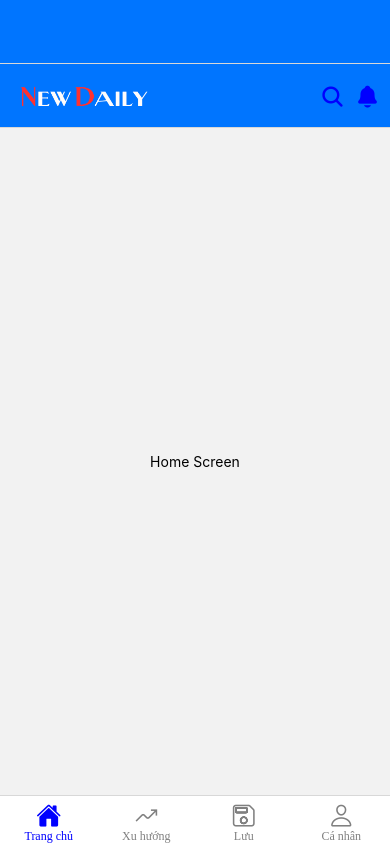
Repository: Quynhhuong150322/New_Daily
Screen: /BottomTab
These files come from the project's save history. The screen is drawn as it stood at one moment and after the next save; the edit follows.
The app was drawn by React Native's web renderer in a window 390 px wide. The project was rebuilt for these pictures with package versions that can differ from the ones it lists, and the page was loaded fresh each time. Also part of the build but not shown: firebase.js, screens/Login.js, screens/Signup.js, screens/Trending.js, screens/Save.js, components/Divider.js, components/Tab.js, screens/Profile.js and 4 more.

Above is the screen before, as saved 2023-12-20 06:22:04.

### App.js
import React from "react";
import {  StyleSheet, View } from "react-native";
import AppNavigator from "./navigation/AppNavigator";


export default function App() {
  return (
    <View style={styles.container}>
      <AppNavigator />
    </View>
  );
}

const styles = StyleSheet.create({
  container: {
    flex: 1,
  },
});

### navigation/AppNavigator.js
import { NavigationContainer } from '@react-navigation/native';
import { createNativeStackNavigator } from "@react-navigation/native-stack"
import Login from "../screens/Login";
import Signup from "../screens/Signup";
import  Welcome from "../screens/Welcome";
import  Home from "../screens/Home";
import  BottomTab from "../screens/ButtomTab";
import Trending from '../screens/Trending'
import Save from '../screens/Save'
import Profile from '../screens/Profile'
import Setting from '../screens/Setting'
import Dark_Mode from '../screens/Dark_Mode'
import Following from '../screens/Following'
import Notification from '../screens/Following'
import Privacy_Policy from '../screens/Following'
import Read_Later from '../screens/Following'
import Read_Recently from '../screens/Dark_Mode'
import Saved from '../screens/Following'
import Terms_Of_Use from '../screens/Following'
import Reading_Mode from '../screens/Reading_Mode'

const Stack = createNativeStackNavigator();


export default function AppNavigator() {
  return (
    <NavigationContainer>
      <Stack.Navigator
        initialRouteName='Welcome'
      >
        <Stack.Screen
          name="Welcome"
          component={Welcome}
          options={{
            headerShown: false
          }}
        />
        <Stack.Screen
          name="Login"
          component={Login}
          options={{
            headerShown: false
          }}
        />
        <Stack.Screen
          name="Signup"
          component={Signup}
          options={{
            headerShown: false
          }}
        />
        <Stack.Screen
          name="BottomTab"
          component={BottomTab}
          options={{ headerShown: false }}
        />
        <Stack.Screen
          name="Home"
          component={Home}
          options={{ headerShown: false }}
        />
        <Stack.Screen
          name="Trending"
          component={Trending}
        />
        <Stack.Screen
          name="Save"
          component={Save}
        />
        <Stack.Screen
          name="Profile"
          component={Profile}
        />
        <Stack.Screen
          name="Setting"
          component={Setting}
        />
        <Stack.Screen
          name="Dark_Mode"
          component={Dark_Mode}
        />
        <Stack.Screen
          name="Following"
          component={Following}
        />
        <Stack.Screen
          name="Notification"
          component={Notification}
        />
        <Stack.Screen
          name="Privacy_Policy"
          component={Privacy_Policy}
        />
        <Stack.Screen
          name="Read_Later"
          component={Read_Later}
        />
        <Stack.Screen
          name="Read_Recently"
          component={Read_Recently}
        />
        <Stack.Screen
          name="Saved"
          component={Saved}
        />
        <Stack.Screen
          name="Terms_Of_Use"
          component={Terms_Of_Use}
        />
        <Stack.Screen
          name="Reading_Mode"
          component={Reading_Mode}
        />

      </Stack.Navigator>
    </NavigationContainer>
  );
}

### screens/Welcome.js
import { View, Text, Pressable, Image } from 'react-native'
import React from 'react'
import { LinearGradient } from "expo-linear-gradient";
import colors from '../constants/colors';
import Button from '../components/Button';

const Welcome = ({ navigation }) => {

    return (
        <LinearGradient
            style={{
                flex: 1
            }}
            colors={[colors.Xanh_nhat, colors.Xanh_nhat]}
        >
            <View style={{ flex: 1 }}>
                <View>
                    <Image
                        source={require("../assets/Loading.png")}
                        style={{
                            height: 500,
                            width: 500,
                            position: "absolute",
                            top: 5,
                            right: -50,
                        }}
                    />

                    {/* <Image
                        source={require("../assets/Logo-4.png")}
                        style={{
                            height: 100,
                            width: 100,
                            borderRadius: 20,
                            position: "absolute",
                            top: -30,
                            left: 100,
                            transform: [
                                { translateX: 50 },
                                { translateY: 50 },
                                { rotate: "-5deg" }
                            ]
                        }}
                    /> */}
                </View>

                {/* content  */}

                <View style={{
                    paddingHorizontal: 22,
                    position: "absolute",
                    top: 400,
                    width: "100%"
                }}>
                    <Text style={{
                        fontSize: 25,
                        fontWeight: 1000,
                        color: colors.Xam1,
                        top: 30,
                        fontFamily: 'OpenSans-Regular',
                    }}>Đọc báo chỉ với một ứng dụng</Text>
                    <Text style={{
                        fontSize: 40,
                        fontWeight: 800,
                        color: colors.Den,
                        fontFamily: 'Helvetica-Bold',
                        top: 40,
                    }}>New Daily</Text>

                    <View style={{ marginVertical: 22 }}>
                        <Text style={{
                            fontSize: 16,
                            color: colors.Xam1,
                            marginVertical: 4,
                            top: 40,
                            fontFamily: 'OpenSans-Regular',
                        }}>Đọc tin tức mới nhất một cách mượt mà và nhanh chóng vào thời gian rảnh</Text>

                    </View>

                    <Button
                        title= {
                            <Text style={{
                                color: colors.Trang, fontSize: 25,
                                fontFamily: 'Helvetica-Bold',
                                }}>Đọc ngay
                            </Text>
                        }
                        onPress={() => navigation.navigate("Signup")}
                        style={{
                            marginTop: 22,
                            width: "100%",
                            backgroundColor: colors.Xanh_dam,
                            top: 30,
                        }}
                    />

                    <View style={{
                        flexDirection: "row",
                        marginTop: 12,
                        justifyContent: "center",
                        top: 50
                    }}>
                        <Text style={{
                            fontSize: 16,
                            color: colors.Den
                        }}>Bạn đã có tài khoản chưa?</Text>
                        <Pressable
                            onPress={() => navigation.navigate("Login")}
                        >
                            <Text style={{
                                fontSize: 16,
                                color: colors.Xanh_dam,
                                fontWeight: "bold",
                                marginLeft: 4
                            }}>Đăng nhập</Text>
                        </Pressable>

                    </View>
                </View>
            </View>
        </LinearGradient>
    )
}

export default Welcome

### screens/Home.js
import React from 'react';
import { createStackNavigator } from '@react-navigation/stack';
import { View, Text, Image, TouchableOpacity } from 'react-native';
import Ionicons from 'react-native-vector-icons/Ionicons';

const HomeStack = createStackNavigator();

function LogoTitle() {
    return (
        <Image
            style={{ width: 128, height: 20, marginLeft:20, marginTop:0}}
            source={require('../assets/Logo.png')}
        />
    );
}

function HomeScreen() {
    return (
        <View style={{ flex: 1, justifyContent: 'center', alignItems: 'center' }}>
            <Text>Home Screen</Text>
        </View>
    );
}

const Home = () => {
    return (
        <HomeStack.Navigator>
            <HomeStack.Screen
                name="HomeScreen"
                component={HomeScreen}
                options={{
                    headerLeft: props => <LogoTitle {...props} />,
                    headerTitle: '',
                    headerRight: () => (
                        <View style={{ flexDirection: 'row', marginRight: 10 }}>
                            <TouchableOpacity onPress={() => {/* handle search press */}}>
                                <Ionicons name="search" size={25} color="blue" />
                            </TouchableOpacity>
                            <TouchableOpacity onPress={() => {/* handle notification press */}} style={{ marginLeft: 10 }}>
                                <Ionicons name="notifications" size={25} color="blue" />
                            </TouchableOpacity>
                        </View>
                    ),
                    headerStyle: {
                        backgroundColor: '#0075FF',
                    },
                }}
            />
        </HomeStack.Navigator>
    );
}

export default Home;

### screens/ButtomTab.js
import * as React from "react";
import { createBottomTabNavigator } from "@react-navigation/bottom-tabs";
import Ionicons from "react-native-vector-icons/Ionicons";
import Home from './Home'
import Trending from './Trending'
import Save from './Save'
import Profile from './Profile'

const Tab = createBottomTabNavigator();

export default function ButtomTab() {
    return (
        <Tab.Navigator
        screenOptions={({ route }) => ({
            tabBarIcon: ({ focused, color, size }) => {
            let iconName;

            if (route.name === "Trang chủ") {
                iconName = focused ? "home" : "home-outline";
            } else if (route.name === "Xu hướng") {
                iconName = focused ? "trending-up" : "trending-up-outline";
            } else if (route.name === "Lưu") {
                iconName = focused ? "save" : "save-outline";
            } else if (route.name === "Cá nhân") {
                iconName = focused ? "person" : "person-outline";
            }

            return <Ionicons name={iconName} size={size} color={color} style={{ marginTop: 5 }}/>;
            },
        })}
        tabBarOptions={{
            activeTintColor: "blue",
            inactiveTintColor: "gray",
            labelStyle: {
                fontSize: 12,
                fontFamily: 'OpenSans-Regular',
            },
        }}
        >
            <Tab.Screen
                name="Trang chủ"
                component={Home}
                options={{
                    // title: 'NEWDAILY',
                    headerStyle: {
                    backgroundColor: '#0075FF',

                    },
                    headerTitleStyle: {
                    color: 'white',
                    fontSize: 16,
                    paddingTop: 100,
                    marginLeft: 0
                    },
                    // headerTitleAlign: 'center',
                }}
            />
            <Tab.Screen name="Xu hướng" component={Trending} />
            <Tab.Screen name="Lưu" component={Save} />
            <Tab.Screen name="Cá nhân" component={Profile} />
        </Tab.Navigator>
    );
}

### constants/colors.js
const colors = {
    Xanh_nhat: "#D0ECEF",
    Xanh_dam: "#0075FF",
    Do: "#FF0000",
    Xam1: "#666666",
    Xam2: "#9E9C9C",
    Xam3: "#C0C0C0",
    Den: "#222222",
    Trang: "#FFFFFF",

}

export default colors;

### components/Button.js
import { Text, TouchableOpacity, StyleSheet } from 'react-native'
import React from 'react'
import colors from '../constants/colors'

const Button = (props) => {
    const filledBgColor = props.color || colors.primary;
    const outlinedColor = colors.white;
    const bgColor = props.filled ? filledBgColor : outlinedColor;
    const textColor = props.filled ? colors.white : colors.primary;

    return (
        <TouchableOpacity
            style={{
                ...styles.button,
                ...{ backgroundColor: bgColor },
                ...props.style
            }}
            onPress={props.onPress}
        >
            <Text style={{ fontSize: 20, ... { color: textColor } }}>{props.title}</Text>
        </TouchableOpacity>
    )
}

const styles = StyleSheet.create({
    button: {
        paddingBottom: 16,
        paddingVertical: 10,
        borderColor: colors.Xanh_dam,
        borderWidth: 2,
        borderRadius: 12,
        alignItems: 'center',
        justifyContent: 'center'
    }
})
export default Button

After the next save:
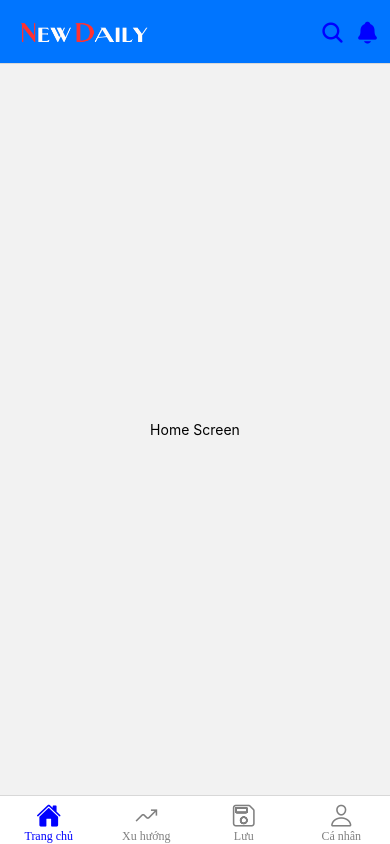
Saved 4 min 18 s later.
--- a/screens/ButtomTab.js
+++ b/screens/ButtomTab.js
@@ -52,6 +52,7 @@
                     paddingTop: 100,
                     marginLeft: 0
                     },
+                    headerShown: false,
                     // headerTitleAlign: 'center',
                 }}
             />
